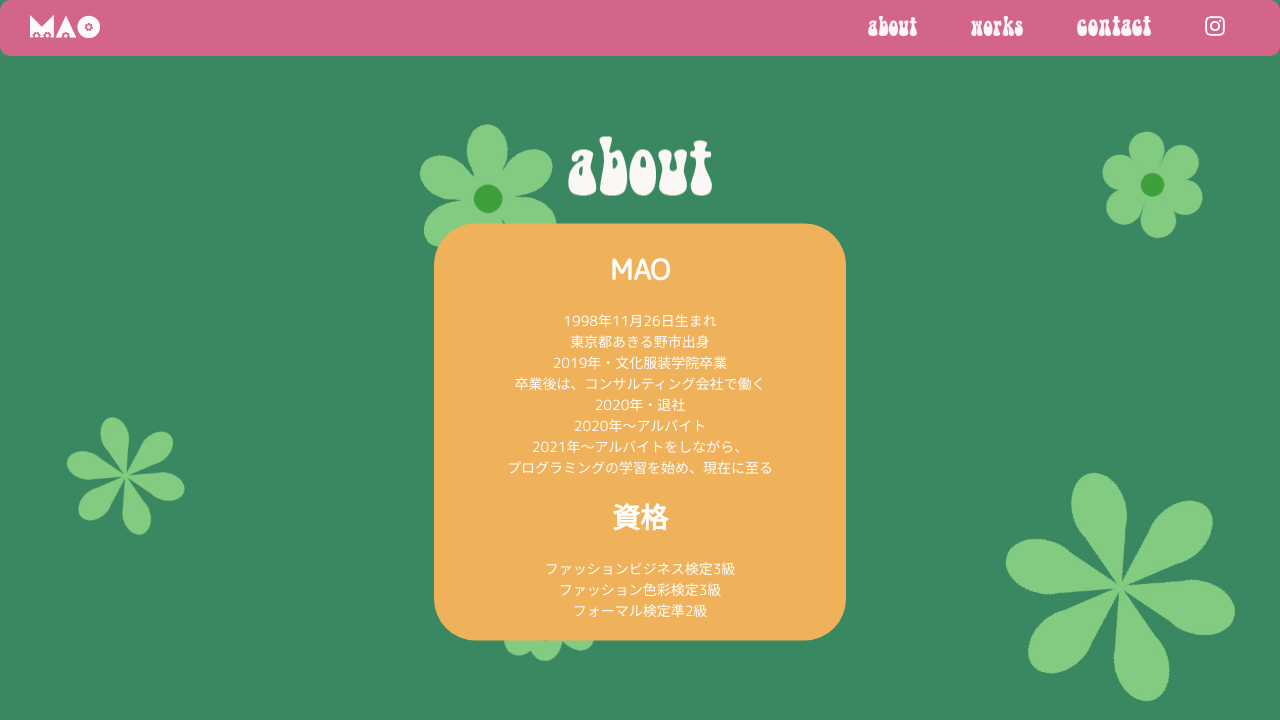
Repository: HarashimaMao/portfolio
Page: about.html
The author's editor kept a record of every edit. The page is drawn from the files as they stood at one moment, then again after the next edit.
The browser window is 1280 px wide. The pictures show the whole page.

Above is the page before.

After the next edit:
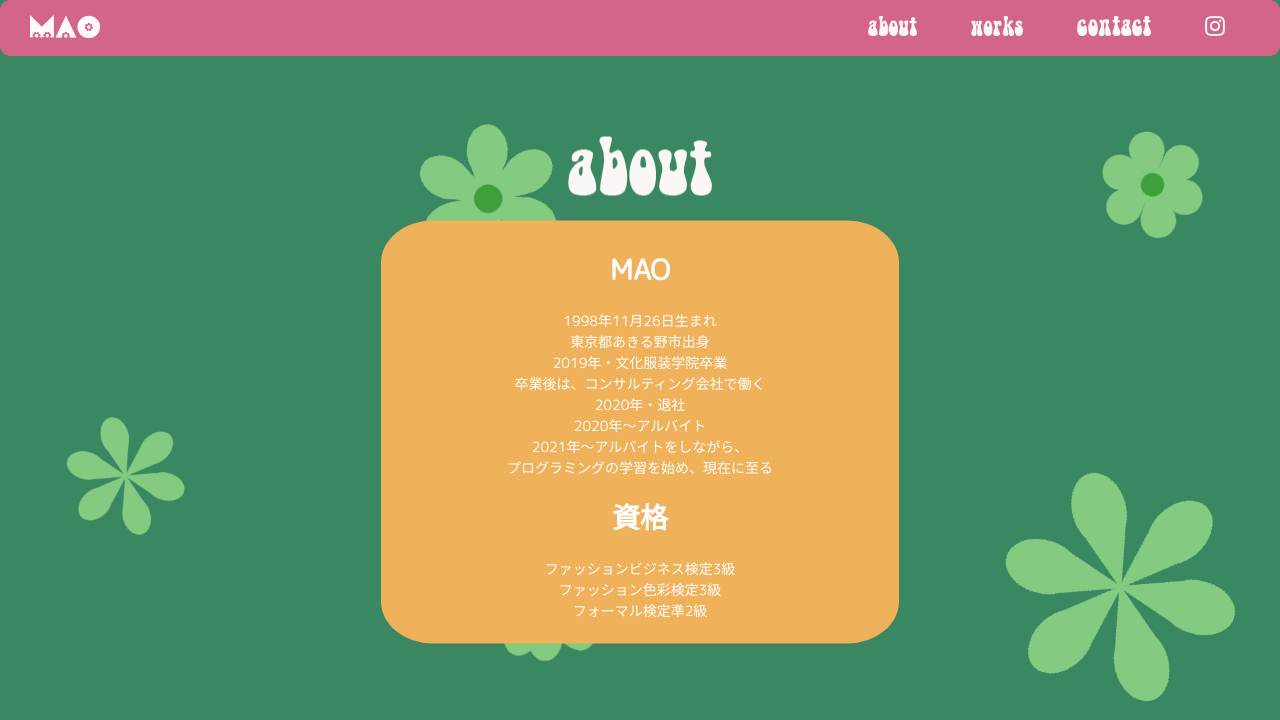
The edit:
--- a/about.html
+++ b/about.html
@@ -62,8 +62,8 @@
 
           .square {
               position: relative;
-              width: 400px;
-              padding: 6px;
+              width: 500px;
+              padding: 9px;
               background: #F0B15B;
               border-radius: 10%;
           }
